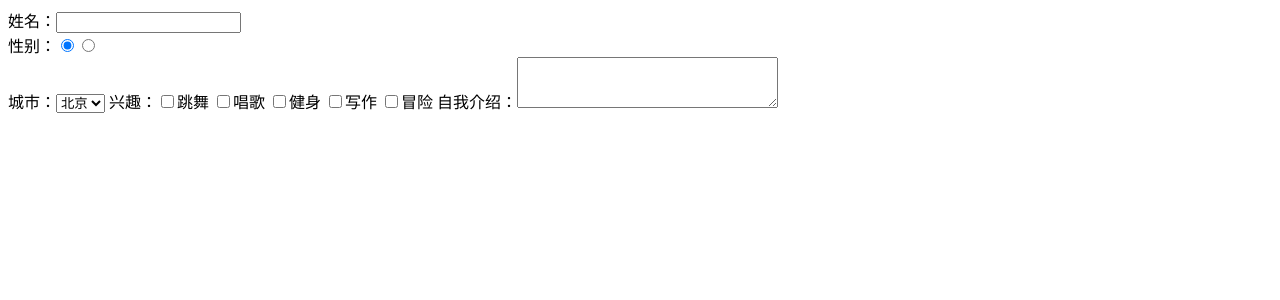
Repository: Miyanaqy/Tomcat_JSP
Page: http://localhost/TomcatTest/request_form.jsp
An editor plug-in stored every save of this project. The page is shown before and after the next save, followed by the edit.
The browser window is 1280 px wide. The pictures show the whole page.
The page is served by Tomcat 9. Other server files are loaded and not shown.

Above is the page before, as saved 2017-07-08 08:45:23.

### TomcatTest/WebContent/request_form.jsp
<%@ page language="java" contentType="text/html; UTF-8"
    pageEncoding="UTF-8"%>
<!DOCTYPE html PUBLIC "-//W3C//DTD HTML 4.01 Transitional//EN" "http://www.w3.org/TR/html4/loose.dtd">
<html>
<head>
<meta http-equiv="Content-Type" content="text/html; charset=UTF-8">
<title>Insert title here</title>
</head>
<body>
<form action="request_table.jsp" methon="post">
姓名：<input type="text" name="uname"><br>
性别：<input type="radio" name="six" value="男" Checked><input type="radio" name="six" value="女"><br>
城市：<select name="city">
	<option value="北京">北京</option>
	<option value="天津">天津</option>
	<option value="洛阳">洛阳</option>
</select>
兴趣：<input type="checkbox" name="**list" value="跳舞">跳舞
<input type="checkbox" name="**list" value="唱歌">唱歌
<input type="checkbox" name="**list" value="健身">健身
<input type="checkbox" name="**list" value="写作">写作
<input type="checkbox" name="**list" value="冒险">冒险
自我介绍：<textarea cols="30" rows="3" name="note"></textarea><br>
<input type="hidden" name="uid" value="1">
</form>
</body>
</html>

After the next save:
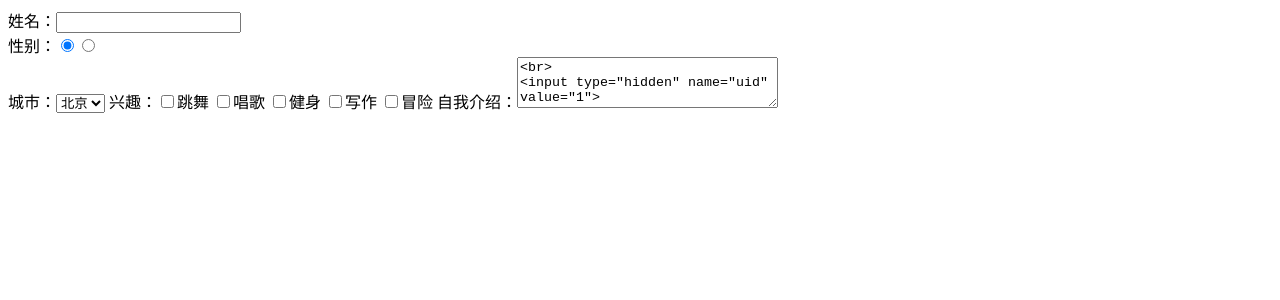
Saved 9 s later.
--- a/TomcatTest/WebContent/request_form.jsp
+++ b/TomcatTest/WebContent/request_form.jsp
@@ -20,7 +20,7 @@
 <input type="checkbox" name="**list" value="健身">健身
 <input type="checkbox" name="**list" value="写作">写作
 <input type="checkbox" name="**list" value="冒险">冒险
-自我介绍：<textarea cols="30" rows="3" name="note"></textarea><br>
+自我介绍：<textarea cols="30" rows="3" name="note"><br>
 <input type="hidden" name="uid" value="1">
 </form>
 </body>

After the save that followed:
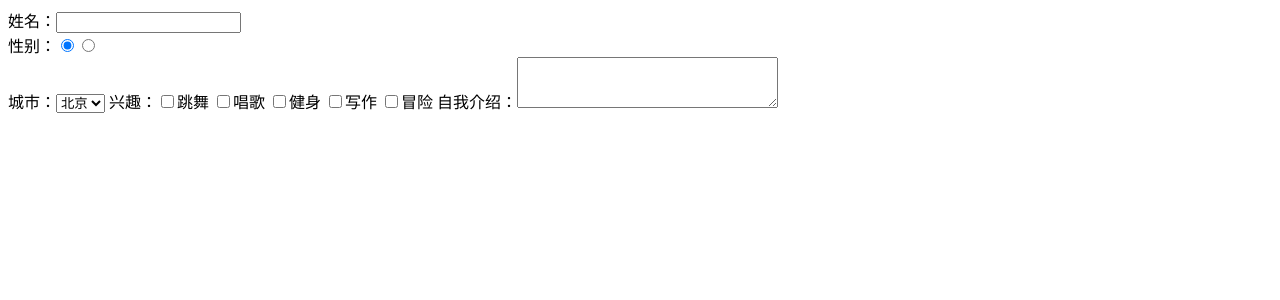
Saved 4 s later.
--- a/TomcatTest/WebContent/request_form.jsp
+++ b/TomcatTest/WebContent/request_form.jsp
@@ -20,7 +20,7 @@
 <input type="checkbox" name="**list" value="健身">健身
 <input type="checkbox" name="**list" value="写作">写作
 <input type="checkbox" name="**list" value="冒险">冒险
-自我介绍：<textarea cols="30" rows="3" name="note"><br>
+自我介绍：<textarea cols="30" rows="3" name="note"></textarea><br>
 <input type="hidden" name="uid" value="1">
 </form>
 </body>
